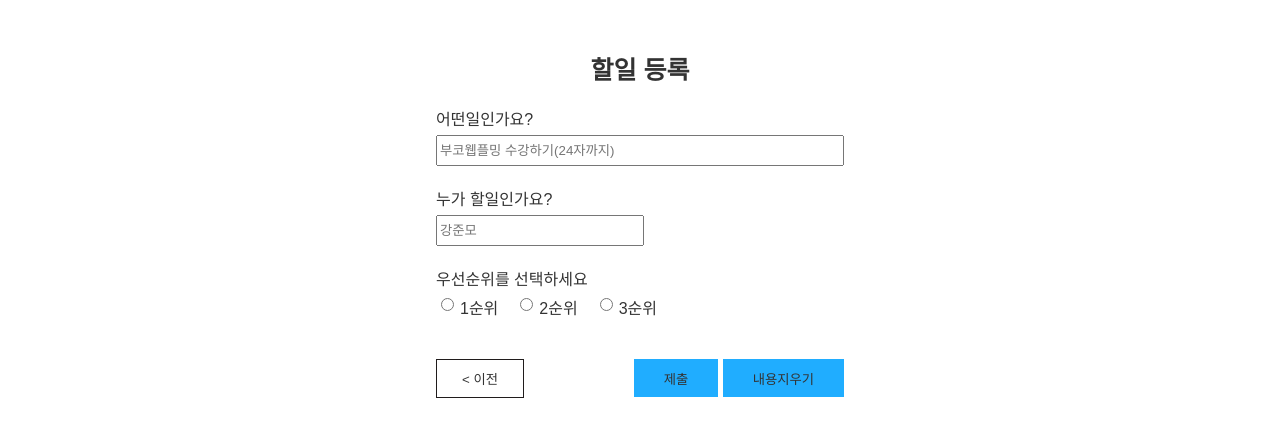
Repository: JmKanmo/BoostCourse_WebProgramming
Page: http://localhost/Todo/TodoFormServlet
These files come from the project's save history. The page is drawn as it stood at one moment and after the next save; the edit follows.
The browser window is 1280 px wide. The pictures show the whole page.
The page is served by Tomcat 9. Other server files are loaded and not shown.

Above is the page before, as saved 2020-01-21 02:00:16.

### Todo/src/main/webapp/todoForm.jsp
<%@ page language="java" contentType="text/html; charset=UTF-8"
	pageEncoding="UTF-8"%>
<!DOCTYPE html>
<html>
<head>
<meta charset="UTF-8">
<title>Insert title here</title>
<link rel="stylesheet" href="./css/todoForm.css">
</head>

<body>
	<div class="wrap">
		<form action="http://localhost:8080/Todo/TodoAddServlet" method="POST">
			<h1 class="title">할일 등록</h1>

			<div class="work_box">
				<label for="work">어떤일인가요?</label> <input type="text" id="work"
					class="workInput" placeholder="부코웹플밍 수강하기(24자까지)" required
					maxlength="24" />
			</div>

			<div class="who_box">
				<label for="who">누가 할일인가요?</label> <input type="text" id="who"
					class="whoInput" placeholder="강준모" required />
			</div>

			<div class="priority_box clear_fix">
				<label for="priority_1th">우선순위를 선택하세요</label>

				<div class="priority clear_fix">
					<input type="radio" id="priority_1th" name="priority" value="1th">
					<label for="priority_1th">1순위</label>
				</div>

				<div class="priority clear_fix">
					<input type="radio" id="priority_2th" name="priority" value="2th">
					<label for="priority_2th">2순위</label>
				</div>

				<div class="priority clear_fix">
					<input type="radio" id="priority_3th" name="priority" value="3th">
					<label for="priority_3th">3순위</label>
				</div>
			</div>

			<div class="button_box clear_fix">
				<button type="button" class="prev_btn" value="뒤로가기" onclick="history.back();">
					<p>< 이전</p>
				</button>

				<div class="btn_group clear_fix">
					<button class="submit_btn" type="submit" value="result">
						<p>제출</p>
					</button>
					<button class="reset_btn" type="reset" value="Reset">
						<p>내용지우기</p>
					</button>
				</div>
			</div>
		</form>
	</div>
</body>
</html>

### Todo/src/main/java/Todo/TodoFormServlet.java
package Todo;

import java.io.IOException;

import javax.servlet.RequestDispatcher;
import javax.servlet.ServletException;
import javax.servlet.annotation.WebServlet;
import javax.servlet.http.HttpServlet;
import javax.servlet.http.HttpServletRequest;
import javax.servlet.http.HttpServletResponse;

/**
 * Servlet implementation class TodoFormServlet
 */
@WebServlet("/TodoFormServlet")
public class TodoFormServlet extends HttpServlet {
	private static final long serialVersionUID = 1L;

	/**
	 * @see HttpServlet#HttpServlet()
	 */
	public TodoFormServlet() {
		super();
		// TODO Auto-generated constructor stub
	}

	/**
	 * @see HttpServlet#doGet(HttpServletRequest request, HttpServletResponse
	 *      response)
	 */
	protected void doGet(HttpServletRequest request, HttpServletResponse response)
			throws ServletException, IOException {
		// TODO Auto-generated method stub
		RequestDispatcher requestDispatcher = getServletContext().getRequestDispatcher("/todoForm.jsp");
		requestDispatcher.forward(request, response);
	}

}

### Todo/src/main/webapp/css/todoForm.css
@charset "utf-8";

/* 초기화 */
html, body, h1, h2, h3, ul, ol, p, a, dl, dt, dd, figure {
	margin: 0;
	padding: 0;
	font-family: '나눔 고딕', NanumGothic, '돋움', Dotum, sans-serif;
	list-style: none;
	font-weight: normal;
	text-decoration: none;
	outline: none;
	color: #333;
}

.clear_fix::after {
	display: block;
	content: "";
	clear: both;
}

.blind {
	position: absolute;
	clip: rect(0, 0, 0, 0);
	width: 1px;
	height: 1px;
	margin: -1px;
	overflow: hidden;
}

.wrap {
	width: max-content;
	margin: 50px auto;
}

.wrap .title {
	font-size: 25px;
	text-align: center;
	font-weight: bold;
	text-align: center;
}

.work_box, .who_box, .priority_box {
	margin-top: 20px;
}

.work_box input {
	width: 400px;
	height: 25px;
	margin-top: 5px;
}

.wrap label {
	display: block;
}

.who_box input {
	margin-top: 5px;
	height: 25px;
	width: 200px;
	height: 25px;
}

.priority_box .priority {
	margin-top: 5px;
	float: left;
}

.priority label, .priority input {
	float: left;
}

.priority label {
	position: relative;
	left: 3px;
}

.priority:nth-child(n+3) {
	margin-left: 20px;
}

.button_box {
	margin-top: 40px;
}

.button_box .prev_btn {
	float: left;
	background-color: #fff;
	border: 1px solid #201c1c;
	padding: 9px 25px;
}

.button_box .btn_group {
	float: right;
}

.btn_group button {
	background-color: rgb(32, 173, 273);
	border: 0;
	padding: 10px 30px 9px 30px;
	font-weight: bold;
	color: #fff;
}

After the next save:
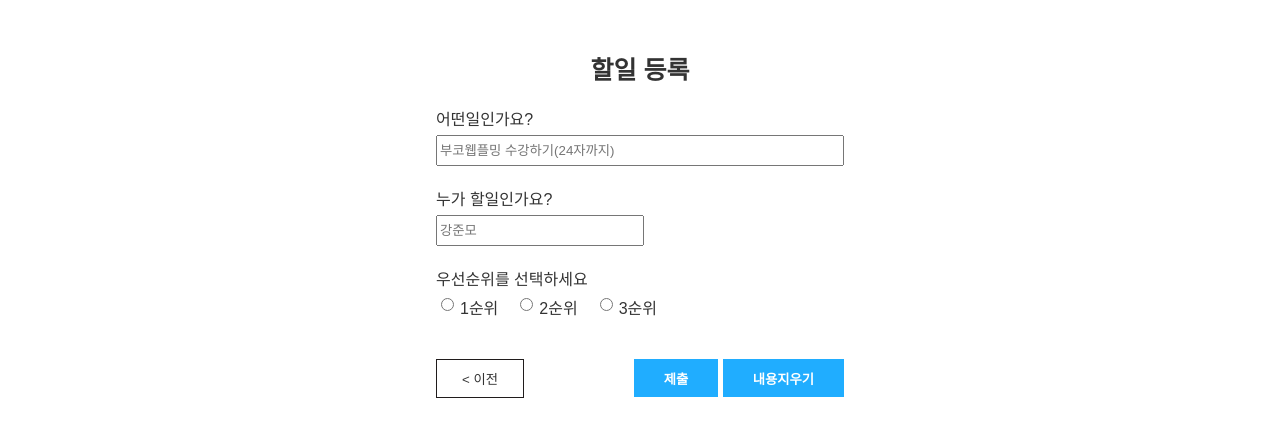
Saved 4 min 35 s later.
--- a/Todo/src/main/webapp/todoForm.jsp
+++ b/Todo/src/main/webapp/todoForm.jsp
@@ -50,10 +50,10 @@
 
 				<div class="btn_group clear_fix">
 					<button class="submit_btn" type="submit" value="result">
-						<p>제출</p>
+						제출
 					</button>
 					<button class="reset_btn" type="reset" value="Reset">
-						<p>내용지우기</p>
+						내용지우기
 					</button>
 				</div>
 			</div>
